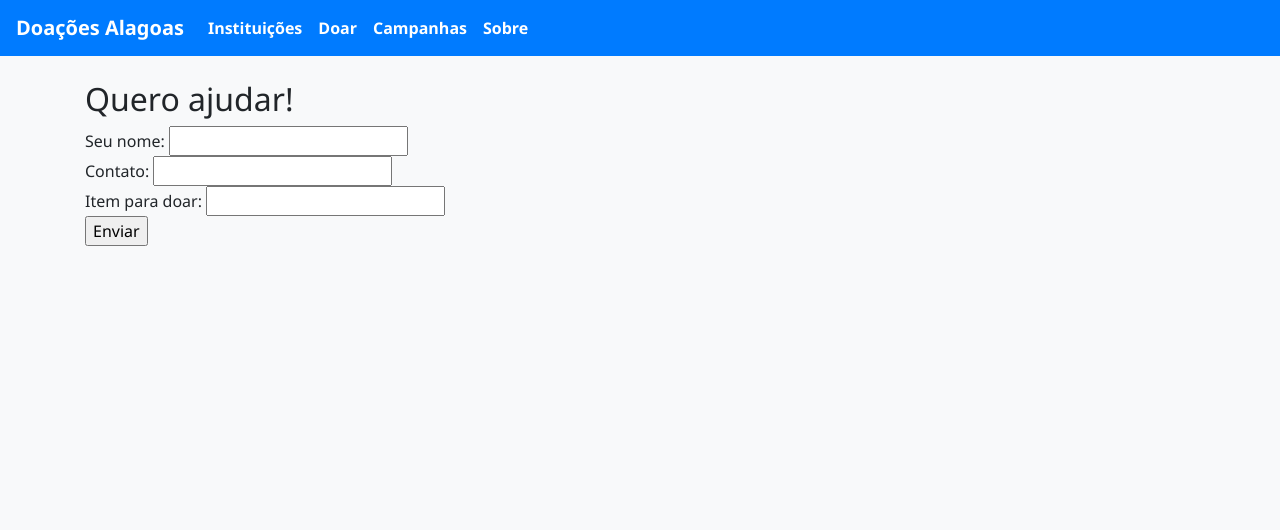
Repository: rafaelcrb/mvp-doacoes-alagoas
Page: http://localhost/doar
These files come from the project's save history. The page is drawn as it stood at one moment and after the next save; the edit follows.
The browser window is 1280 px wide. The pictures show the whole page.
The page is served by the project's application, run on Flask 3 (app.py).

Above is the page before, as saved 2025-05-27 07:36:15.

After the next save:
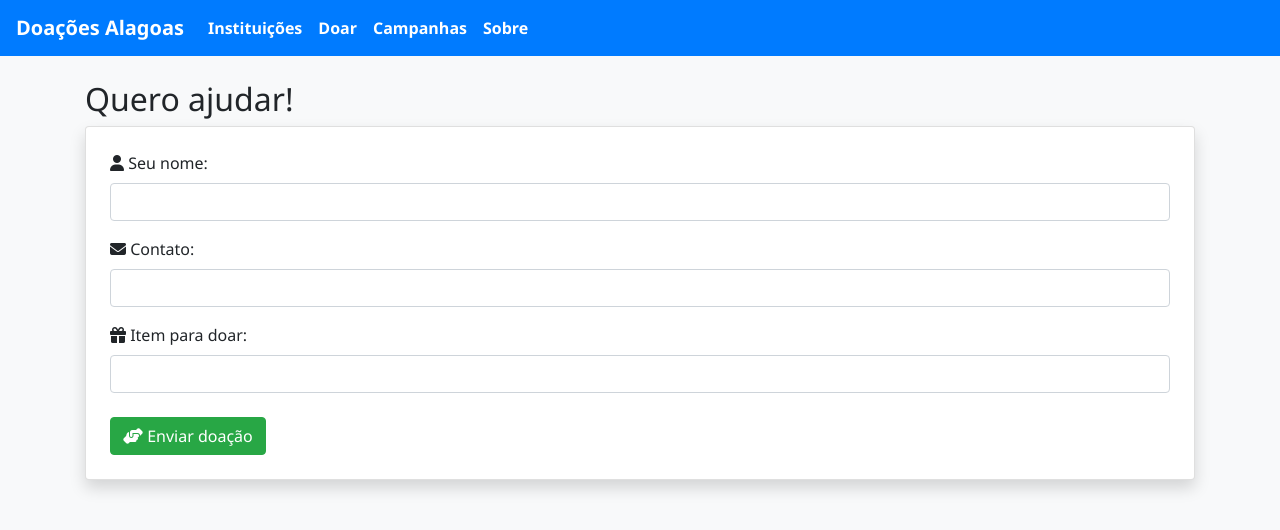
Saved 89 s later.
--- a/templates/doar.html
+++ b/templates/doar.html
@@ -1,10 +1,25 @@
 {% extends 'base.html' %}
+
 {% block content %}
 <h2>Quero ajudar!</h2>
-<form method="POST">
-  Seu nome: <input type="text" name="nome"><br>
-  Contato: <input type="text" name="contato"><br>
-  Item para doar: <input type="text" name="item"><br>
-  <input type="submit" value="Enviar">
-</form>
+
+<div class="card shadow p-4">
+  <form method="POST">
+    <div class="form-group">
+      <label><i class="fas fa-user"></i> Seu nome:</label>
+      <input class="form-control" type="text" name="nome" required>
+    </div>
+    <div class="form-group">
+      <label><i class="fas fa-envelope"></i> Contato:</label>
+      <input class="form-control" type="text" name="contato" required>
+    </div>
+    <div class="form-group">
+      <label><i class="fas fa-gift"></i> Item para doar:</label>
+      <input class="form-control" type="text" name="item" required>
+    </div>
+    <button class="btn btn-success mt-2" type="submit">
+      <i class="fas fa-hands-helping"></i> Enviar doação
+    </button>
+  </form>
+</div>
 {% endblock %}
